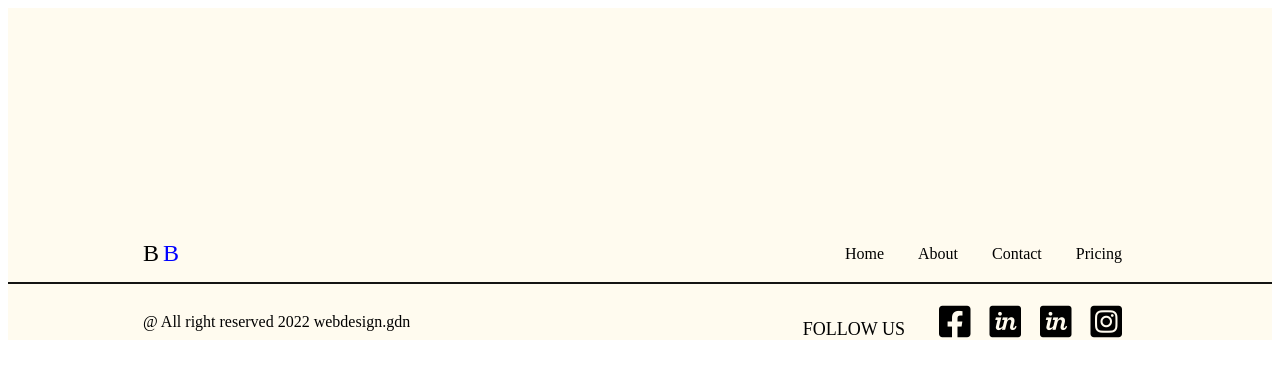
Repository: ngocphuocha/4lifeteam-marketing-agency
Page: index.html
These files come from the project's save history. The page is drawn as it stood at one moment and after the next save; the edit follows.
The browser window is 1280 px wide. The pictures show the whole page.

Above is the page before, as saved 2023-03-13 17:20:22.

After the next save:
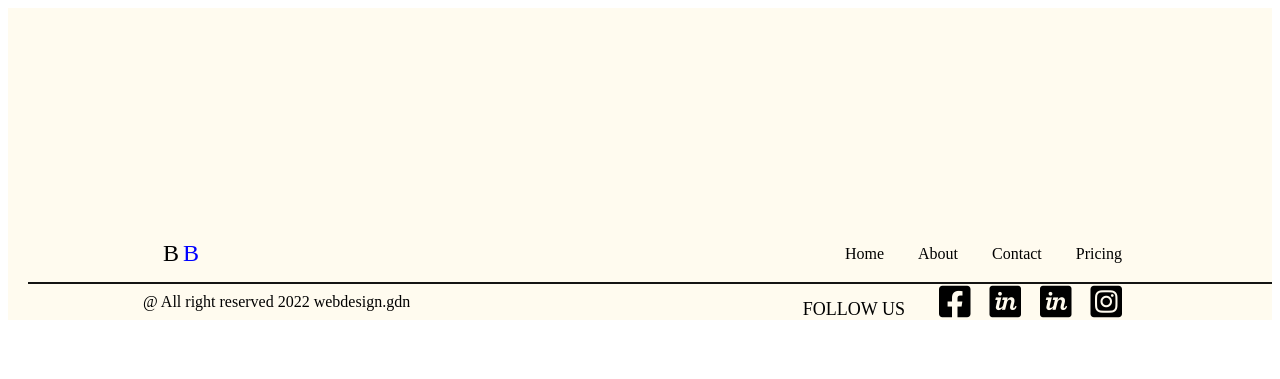
Saved 28 s later.
--- a/css/footer-service.css
+++ b/css/footer-service.css
@@ -10,7 +10,7 @@
     align-items: center;
     padding: 0px 135px 15px;
     border-bottom: 2px solid rgba(5, 5, 5, 0.938);
-    margin-bottom: 20px;
+    margin: 0px 0px 0px 20px;
   }
 
   .background-footer .container .footer-left .span-1{

After the 2 saves that followed:
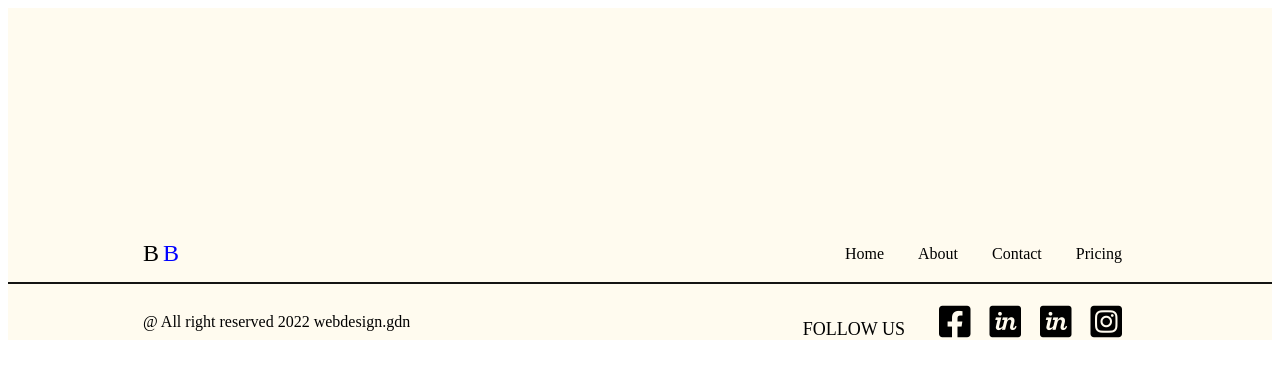
The 2 saves are shown as one change because 1 left the picture as it was.
The last was saved 11 s later.
--- a/css/footer-service.css
+++ b/css/footer-service.css
@@ -10,7 +10,8 @@
     align-items: center;
     padding: 0px 135px 15px;
     border-bottom: 2px solid rgba(5, 5, 5, 0.938);
-    margin: 0px 0px 0px 20px;
+    margin-bottom: 20px;
+    /* margin: 0px 0px 0px 20px; */
   }
 
   .background-footer .container .footer-left .span-1{
